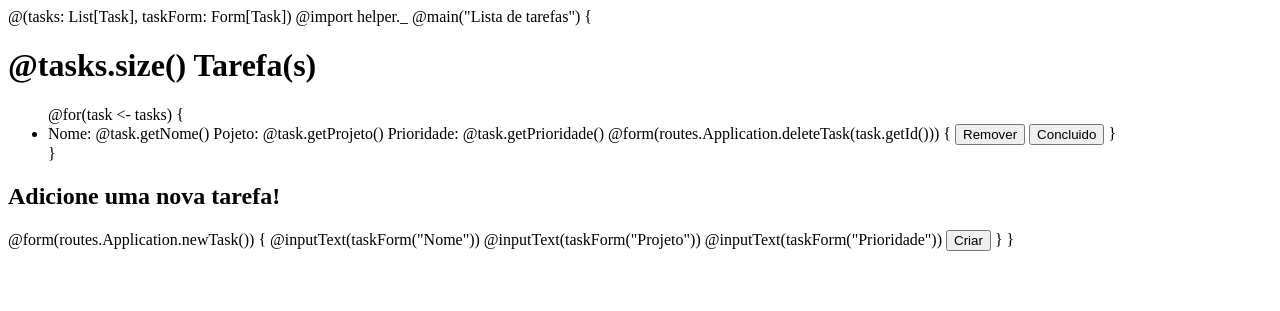
Repository: lcavalcante/si1
Page: lab2/.target/views/index.scala.html
These files come from the project's save history. The page is drawn as it stood at one moment and after the next save; the edit follows.
The browser window is 1280 px wide. The pictures show the whole page.

Above is the page before, as saved 2013-11-27 00:26:27.

### lab2/.target/views/index.scala.html
@(tasks: List[Task], taskForm: Form[Task])

@import helper._

@main("Lista de tarefas") {

    <h1>@tasks.size() Tarefa(s)</h1>

    <ul>
        @for(task <- tasks) {
            <li>
                Nome: @task.getNome() Pojeto: @task.getProjeto() Prioridade: @task.getPrioridade()

                @form(routes.Application.deleteTask(task.getId())) {
                    <input type="submit" value="Remover">
                    <input type="submit" value="Concluido">
                }
            </li>
        }
    </ul>

    <h2>Adicione uma nova tarefa!</h2>

    @form(routes.Application.newTask()) {

        @inputText(taskForm("Nome"))
        @inputText(taskForm("Projeto"))
        @inputText(taskForm("Prioridade"))

        <input type="submit" value="Criar">

    }

}

After the next save:
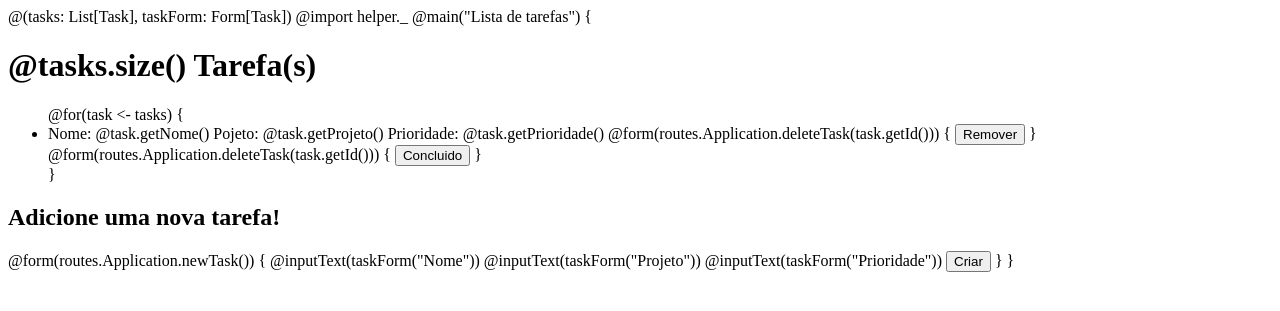
Saved 47 s later.
--- a/lab2/.target/views/index.scala.html
+++ b/lab2/.target/views/index.scala.html
@@ -13,8 +13,15 @@
 
                 @form(routes.Application.deleteTask(task.getId())) {
                     <input type="submit" value="Remover">
+
+                }
+
+                @form(routes.Application.deleteTask(task.getId())) {
                     <input type="submit" value="Concluido">
+
                 }
+
+
             </li>
         }
     </ul>
